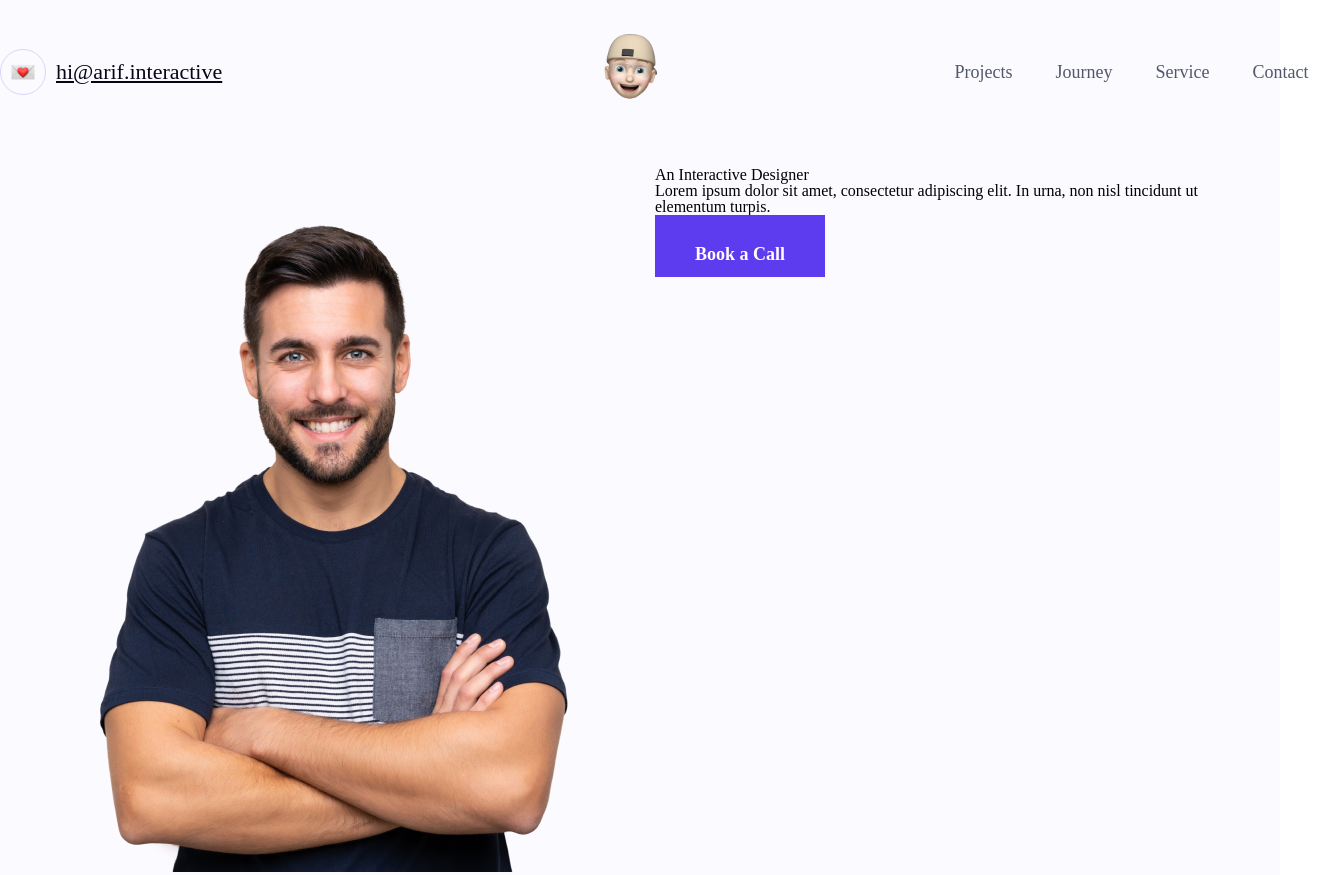
Repository: trantangtuan/project-06-grid-system12column-demo
Page: index.html
These files come from the project's save history. The page is drawn as it stood at one moment and after the next save; the edit follows.
The browser window is 1280 px wide. The page is 1330 px wide, so the pictures cover 1330 px, including what lies to the right of the window. The pictures show the whole page.

Above is the page before, as saved 2024-07-12 20:59:21.

After the next save:
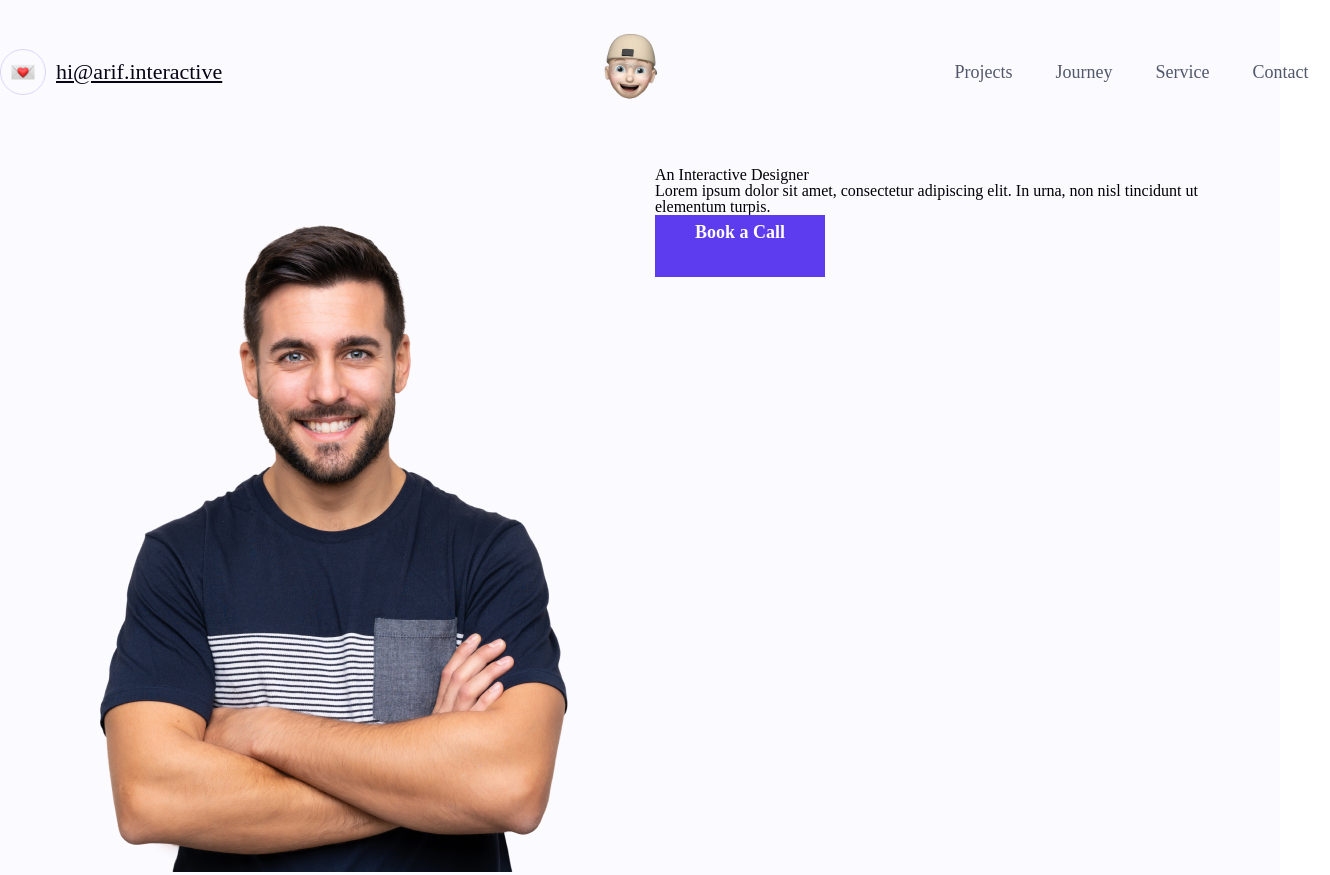
Saved 25 s later.
--- a/assets/css/style.css
+++ b/assets/css/style.css
@@ -43,7 +43,7 @@ a {
   font-size: 1.8rem;
   font-style: normal;
   font-weight: 700;
-  line-height: 62px;
+  vertical-align: middle;
   text-align: center;
 }
 
